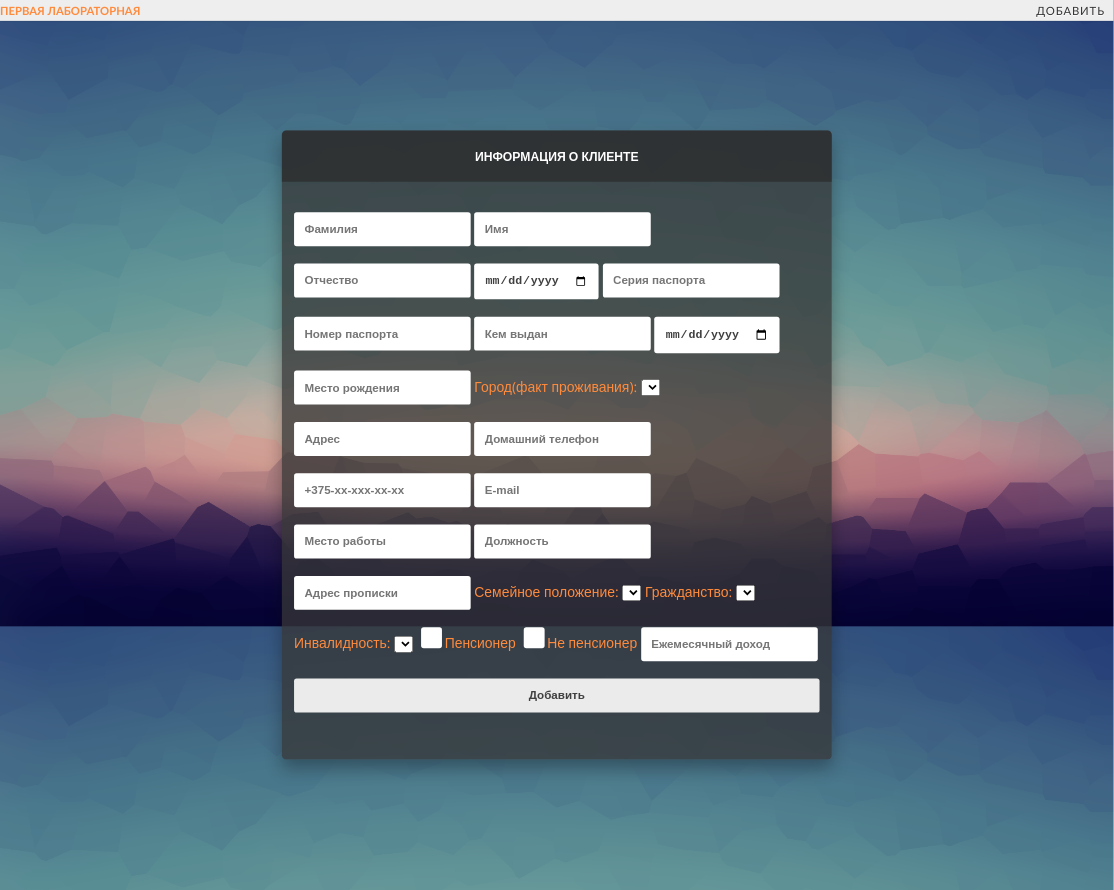
Repository: KosiloVeronika/workspace
Page: http://localhost/adbLab1/jsp/add_edit.jsp
An editor plug-in stored every save of this project. The page is shown before and after the next save, followed by the edit.
The browser window is 1280 px wide. The pictures show the whole page, at 87% of full size.
Backgrounds fixed to the window are drawn as part of the page. Some web libraries are served in a nearby version. The page is served by Tomcat 9. The template is opened directly, without the code that normally fills it, so the values that code supplies are empty.

Above is the page before, as saved 2015-10-12 22:14:04.

After the next save:
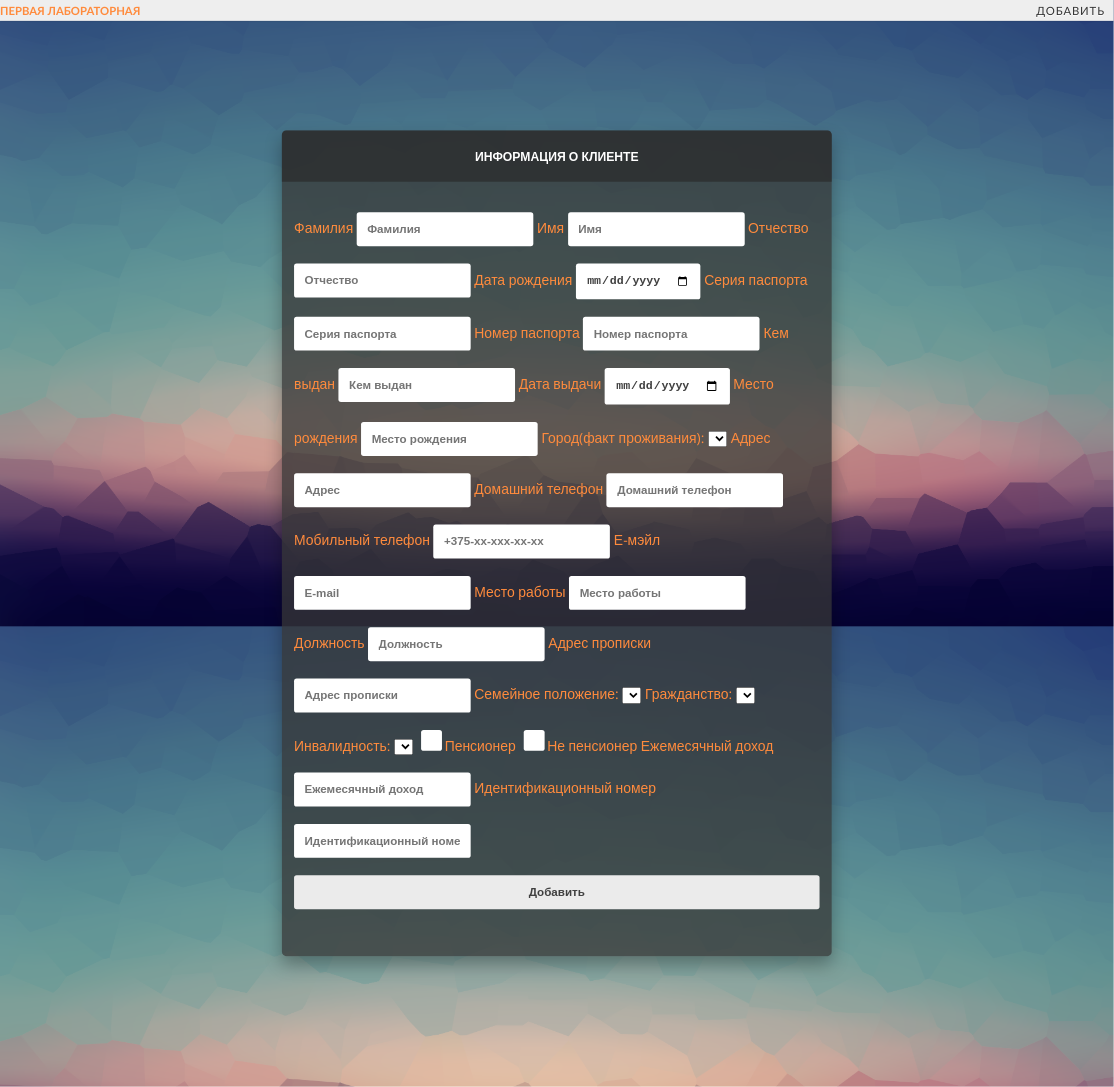
Saved 10 h 41 min later.
--- a/adbLab1/WebContent/jsp/add_edit.jsp
+++ b/adbLab1/WebContent/jsp/add_edit.jsp
@@ -18,49 +18,68 @@
         <fieldset>
             <form method="POST" action="${pageContext.servletContext.contextPath}/Controller">
 	            <input type="hidden" name="command" value="add" />
+	            	Фамилия
 	                <input type="text" required name="surname" placeholder="Фамилия"/>
+	                Имя
 	                <input type="text" required name="name" placeholder="Имя"/>
-	                <input type="text" required name="second_name" placeholder="Отчество"/>
-	                <input type="date" required name="date_of_birth" placeholder="Дата рождения"/>
-	                <input type="text" required name="passport_series" placeholder="Серия паспорта">
-	                <input type="number" required name="passport_number" placeholder="Номер паспорта">
+	                Отчество
+	                <input type="text" required name="secondName" placeholder="Отчество"/>
+	                Дата рождения
+	                <input type="date" required name="dateOfBirth" placeholder="Дата рождения"/>
+	                Серия паспорта
+	                <input type="text" required name="passportSeries" placeholder="Серия паспорта">
+	                Номер паспорта
+	                <input type="number" required name="passportNumber" placeholder="Номер паспорта">
+	                Кем выдан
 	                <input type="text" required name="authority" placeholder="Кем выдан">
-	                <input type="date" required name="date_of_issue" placeholder="Дата выдачи">
-	                <input type="text" required name="birth_place" placeholder="Место рождения">
+	                Дата выдачи
+	                <input type="date" required name="dateOfIssue" placeholder="Дата выдачи">
+	                Место рождения
+	                <input type="text" required name="birthPlace" placeholder="Место рождения">
 	                Город(факт проживания):
-	                <select name="city">
+	                <select name="cityID">
 	                	<c:forEach items = "${cityList }" var="city">
 							<option value="${city.id }" label="${city.city }" />
 						</c:forEach>
 	                </select>
+	                Адрес
 	                <input type="text" required name="address" placeholder="Адрес">
-	                <input type="tel" name="home_telephone" pattern="2[0-9]{2}-[0-9]{2}-[0-9]{2}" placeholder="Домашний телефон">
-	                <input type="tel" name="mobile_telephone" pattern="+375-[0-9]{2}-[0-9]{3}-[0-9]{2}-[0-9]{2}" placeholder="+375-xx-xxx-xx-xx">
-	                <input type="email" name="mail" placeholder="E-mail">
-	                <input type="text" required name="place_of_work" placeholder="Место работы">
-	                <input type="text" required name="w_position" placeholder="Должность">
-	                <input type="text" required name="registration_address" placeholder="Адрес прописки">
+	                Домашний телефон
+	                <input type="tel" name="homeTelephone" pattern="2[0-9]{2}-[0-9]{2}-[0-9]{2}" placeholder="Домашний телефон">
+	                Мобильный телефон
+	                <input type="tel" name="mobileTelephone" pattern="+375-[0-9]{2}-[0-9]{3}-[0-9]{2}-[0-9]{2}" placeholder="+375-xx-xxx-xx-xx">
+	                Е-мэйл
+	                <input type="email" name="email" placeholder="E-mail">
+	                Место работы
+	                <input type="text" required name="placeOfWork" placeholder="Место работы">
+	                Должность
+	                <input type="text" required name="wPosition" placeholder="Должность">
+	                Адрес прописки
+	                <input type="text" required name="registrationAddress" placeholder="Адрес прописки">
 	                Семейное положение:
-	                <select name="marital_status">
+	                <select name="maritalStatusID">
 	                	<c:forEach items = "${martialList }" var="martial">
 							<option value="${martial.id }" label="${martial.status }" />
 						</c:forEach>
 	                </select>
 	                Гражданство:
-	                <select name="citizenship">
+	                <select name="citizenshipID">
 	                	<c:forEach items = "${citizenshipList }" var="ctzn">
 							<option value="${ctzn.id }" label="${ctzn.citizenship }" />
 						</c:forEach>
 	                </select>
 	                Инвалидность:
-	                <select name="disability">
+	                <select name="disabilityID">
 	                	<c:forEach items = "${disabilityList }" var="dsblt">
 							<option value="${dsblt.id }" label="${dsblt.disability }" />
 						</c:forEach>
 	                </select>
-					<input type="radio" name="pensioner" value="YES" />Пенсионер
-	            	<input type="radio" name="pensioner" value="NO" />Не пенсионер
-	                <input type="text" required name="monthly_income" placeholder="Ежемесячный доход">
+					<input type="radio" name="isPensioner" value="YES" />Пенсионер
+	            	<input type="radio" name="isPensioner" value="NO" />Не пенсионер
+	                Ежемесячный доход
+	                <input type="text" required name="monthlyIncome" placeholder="Ежемесячный доход">
+	                Идентификационный номер
+	                <input type="text" required name="identification_number" placeholder="Идентификационный номер">
 
 	                <input type="submit" value="Добавить">
 	                <br/>
